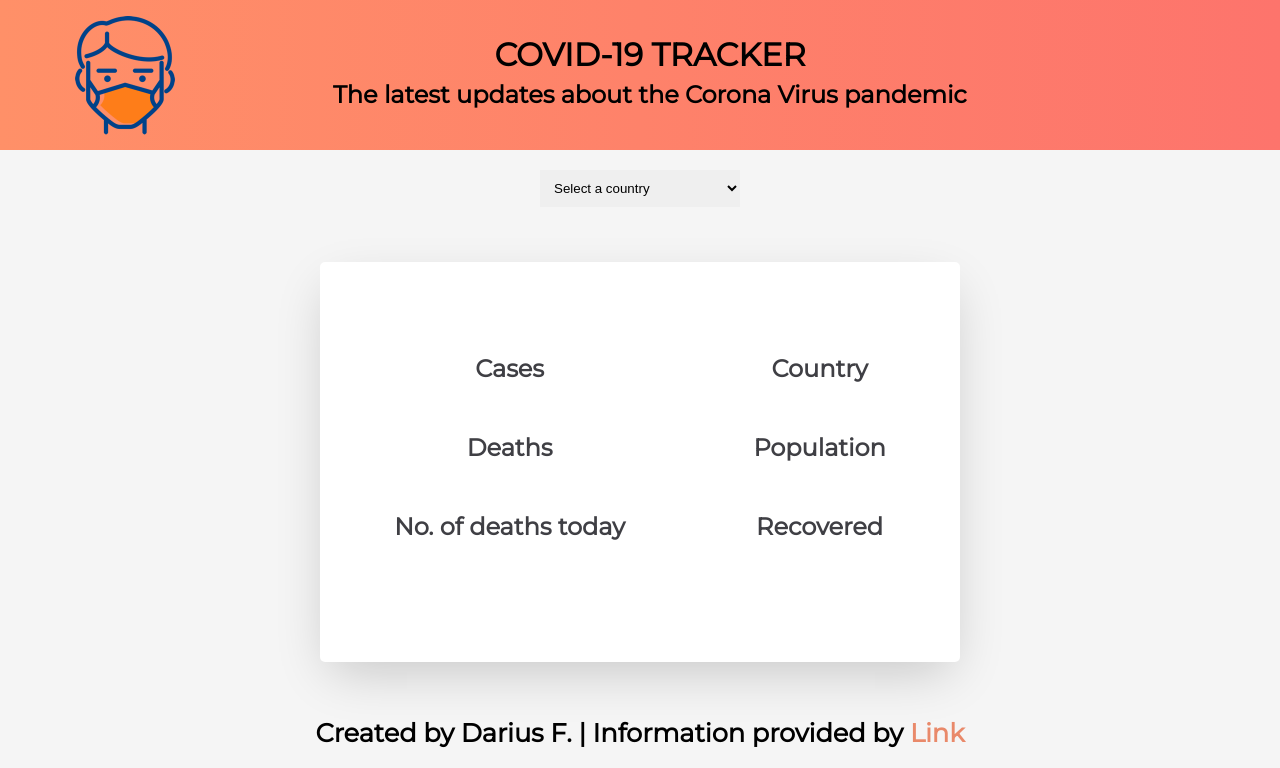
Repository: dariusfarcasanu/Covid-Tracker
Page: index.html
These files come from the project's save history. The page is drawn as it stood at one moment and after the next save; the edit follows.
The browser window is 1280 px wide. The pictures show the whole page.
The page's requests for data from a server got no answer.

Above is the page before, as saved 2021-05-12 16:22:27.

### index.html
<!DOCTYPE html>
<html lang="en">
  <head>
    <meta charset="UTF-8" />
    <meta http-equiv="X-UA-Compatible" content="IE=edge" />
    <meta name="viewport" content="width=device-width, initial-scale=1.0" />
    <link rel="preconnect" href="https://fonts.gstatic.com" />
    <link
      href="https://fonts.googleapis.com/css2?family=Montserrat&display=swap"
      rel="stylesheet"
    />
    <link rel="stylesheet" href="styles.css" />
    <title>Covid-19 Tracker</title>
  </head>
  <body>
    <header>
      <div class="image-container">
        <img src="rouska-covid.png" alt="" />
      </div>
      <div class="title">
        <h1>Covid-19 Tracker</h1>
        <h2>The latest updates about the Corona Virus pandemic</h2>
      </div>
    </header>
    <div class="container">
      <div class="select-container">
        <select onchange="getData(value)">
          <option value="" disabled selected hidden>Select a country</option>
        </select>
      </div>
      <div class="data-container">
        <div class="stats-container">
          <h4>Cases</h4>
          <h3 id="cases"></h3>
          <h4>Deaths</h4>
          <h3 id="deaths"></h3>
          <h4>No. of deaths today</h4>
          <h3 id="today"></h3>
        </div>

        <div class="location-container">
          <h4>Country</h4>
          <h3 id="country"></h3>
          <h4>Population</h4>
          <h3 id="population"></h3>
          <h4>Recovered</h4>
          <h3 id="recovered"></h3>
        </div>
      </div>
      <div class="footer">
        <h1>
          Created by Darius F. | Information provided by
          <a href="https://systems.jhu.edu/research/public-health/ncov/"
            >Link</a
          >
        </h1>
      </div>
    </div>
    <script src="index.js"></script>
  </body>
</html>

### styles.css
* {
  padding: 0;
  margin: 0;
  box-sizing: border-box;
}

body {
  height: 100vh;
  font-family: 'Montserrat', sans-serif;
  background-color: whitesmoke;
}

h4,
h3 {
  font-size: 1.5rem;
  padding: 10px;
  margin-bottom: 5px;
}

h3 {
  font-weight: 300;
}

header {
  background: linear-gradient(to right, #ff9068, #fd746c);
  text-align: center;
  line-height: 2.5rem;
  height: 150px;
  padding: 20px;
  display: flex;
  justify-content: center;
  position: relative;
}

.image-container img {
  position: absolute;
  top: 0;
  left: 50px;
  max-width: 100%;
  display: block;
  height: auto;
  width: 150px;
}

.title {
  /* margin-left: 250px; */
  text-align: center;
  display: flex;
  flex-direction: column;
  align-items: center;
  justify-content: center;
  margin-left: 20px;
}
.title h1 {
  text-transform: uppercase;
}

.select-container {
  padding: 20px;
  text-align: center;
}

.select-container select {
  padding: 10px;
  border: none;
  width: 200px;
  outline: none;
}

.data-container {
  background-color: white;
  height: 400px;
  width: 50%;
  margin: 35px auto 35px;
  padding: 10px;
  display: flex;
  justify-content: space-around;
  align-items: center;
  text-align: center;
  box-shadow: rgba(0, 0, 0, 0.2) 0px 18px 50px -10px;
  border-radius: 5px;
  color: #3f3f44;
  z-index: 100;
}

.footer {
  text-align: center;
  font-size: 0.8rem;
  padding: 20px;
}

.footer a {
  text-decoration: none;
  color: #e9896a;
}

.footer a:hover {
  color: black;
}

@media screen and (max-width: 960px) {
  header {
    flex-direction: column;
  }

  .title {
    margin: 0;
  }

  .image-container {
    margin: 0 auto;
  }
}

@media screen and (max-width: 800px) {
  .data-container {
    flex-direction: column;
    height: 700px;
    justify-content: center;
  }
}

### index.js
window.onload = function () {
  getCovidCountries();
};

const selectTag = document.querySelector('select');
const country = document.getElementById('country');
const cases = document.getElementById('cases');
const population = document.getElementById('population');
const recovered = document.getElementById('recovered');
const deaths = document.getElementById('deaths');
const today = document.getElementById('today');
//We created a function that gets the countries from the API
//and adds them to the select options

function getCovidCountries() {
  fetch('https://corona.lmao.ninja/v2/countries')
    .then(resp => resp.json())
    .then(data => {
      data.map(data => {
        let country = data.country;

        let option = document.createElement('option');
        option.value = country;
        option.text = country;
        selectTag.appendChild(option);
      });
    })
    .catch(err => console.log(err));
}

//Function to fetch the data from the external API and add the
//data to the interface

function getData() {
  fetch(`https://corona.lmao.ninja/v2/countries/${selectTag.value}`)
    .then(resp => resp.json())
    .then(data => {
      let countryData = data.country;
      let casesData = data.cases;
      let populationData = data.population;
      let recoveredData = data.recovered;
      let deathsData = data.deaths;
      let todayData = data.todayDeaths;

      country.innerHTML = countryData;
      cases.innerHTML = casesData.toLocaleString('en');
      population.innerHTML = populationData.toLocaleString('en');
      recovered.innerHTML = recoveredData.toLocaleString('en');
      deaths.innerHTML = deathsData.toLocaleString('en');
      today.innerHTML = todayData.toLocaleString('en');
    })

    .catch(err => console.log(err));
}

After the next save:
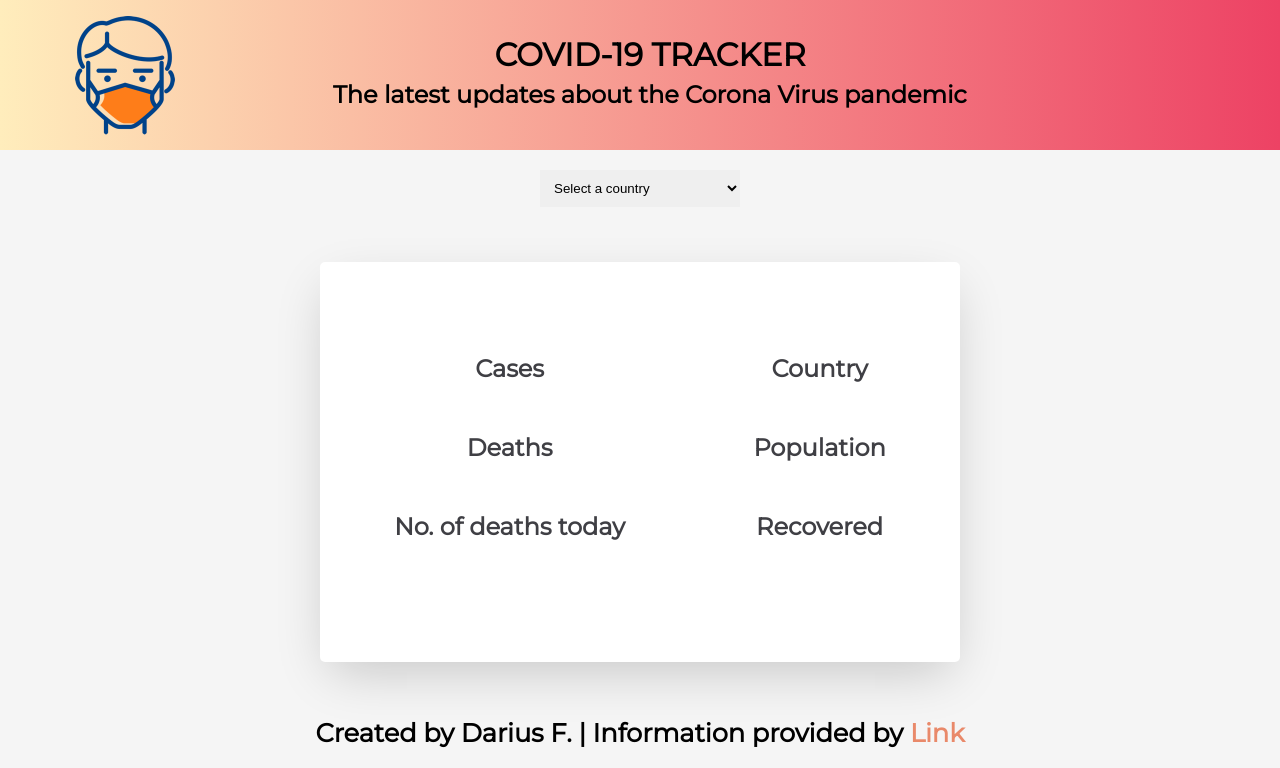
Saved 93 s later.
--- a/styles.css
+++ b/styles.css
@@ -22,7 +22,10 @@ h3 {
 }
 
 header {
-  background: linear-gradient(to right, #ff9068, #fd746c);
+  /* background: linear-gradient(to right, #ff9068, #fd746c); */
+
+  background: linear-gradient(to right, #ffedbc, #ed4264);
+
   text-align: center;
   line-height: 2.5rem;
   height: 150px;
